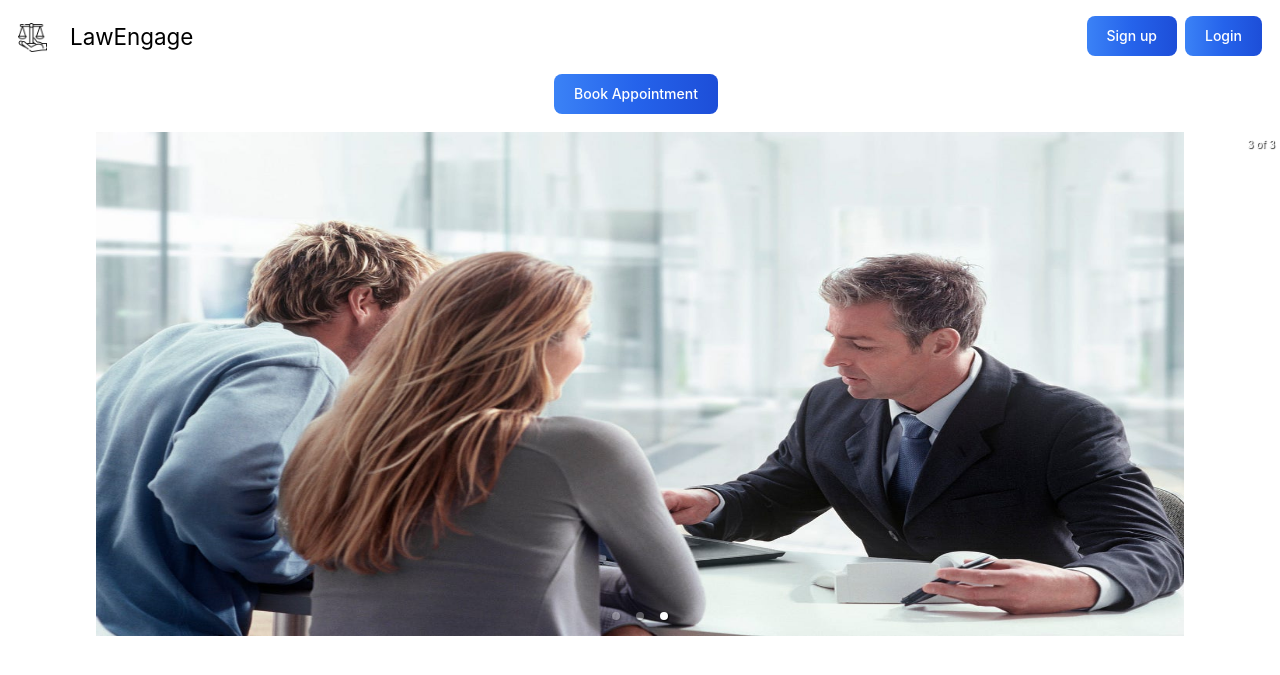
Repository: khushijain8/Lawyer-appointment-application
Page: / (app in frontend/)
These files come from the project's save history. The page is drawn as it stood at one moment and after the next save; the edit follows.
The browser window is 1280 px wide. The pictures show the whole page.
The project was rebuilt for these pictures with package versions that can differ from the ones it lists, and the page was loaded fresh each time. Also part of the build but not shown: frontend/src/App.css, frontend/src/components/Signup/Signup.css, frontend/src/components/Signup/Signup.jsx, frontend/src/components/Login/Login.css, frontend/src/components/Login/Login.jsx, frontend/src/components/Book/Book.css, frontend/src/components/Book/Book.jsx, frontend/src/components/LawyerHistoryContainer/LawyerHistoryContainer.css and 5 more.

Above is the page before, as saved 2025-01-26 19:44:40.

After the next save:
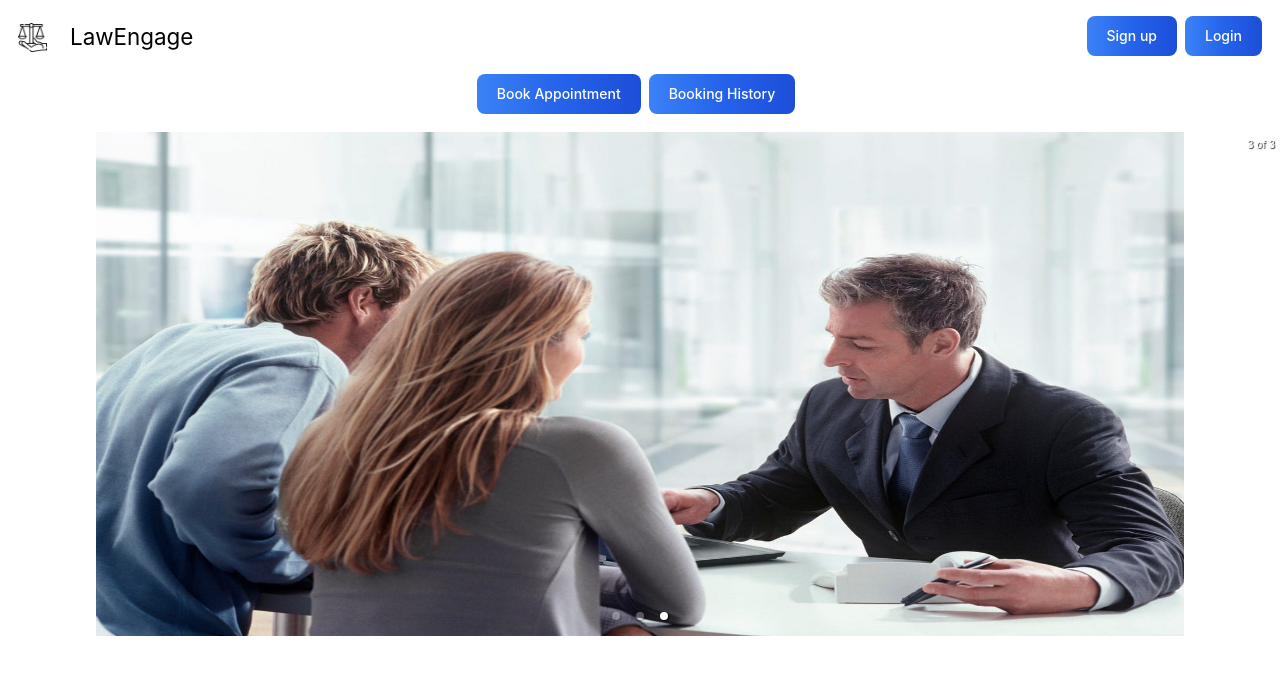
Saved 41 min 39 s later.
--- a/frontend/src/components/FrontPage/FrontPage.jsx
+++ b/frontend/src/components/FrontPage/FrontPage.jsx
@@ -13,7 +13,9 @@ function FrontPage() {
       <>
       <div className='mid-nav flex justify-center items-center  '>
         <button class="text-white bg-gradient-to-r from-blue-500 via-blue-600 to-blue-700 hover:bg-gradient-to-br focus:ring-4 focus:outline-none focus:ring-blue-300 dark:focus:ring-blue-800 font-medium rounded-lg text-sm px-5 py-2.5 text-center me-2 mb-2"onClick={()=>navigate('/book')}>Book Appointment</button>
+        <button class="text-white bg-gradient-to-r from-blue-500 via-blue-600 to-blue-700 hover:bg-gradient-to-br focus:ring-4 focus:outline-none focus:ring-blue-300 dark:focus:ring-blue-800 font-medium rounded-lg text-sm px-5 py-2.5 text-center me-2 mb-2"onClick={()=>navigate('/admin')}>Booking History</button>
     </div>
+
       <Box sx={{ display:'flex',justifyContent:'center',alignItems:'center', marginTop:'10px'}}>
         <Carousel autoPlay infiniteLoop interval={2000} showArrows={true}
           showThumbs={false} dynamicHeight={false} transitionTime={500} >
